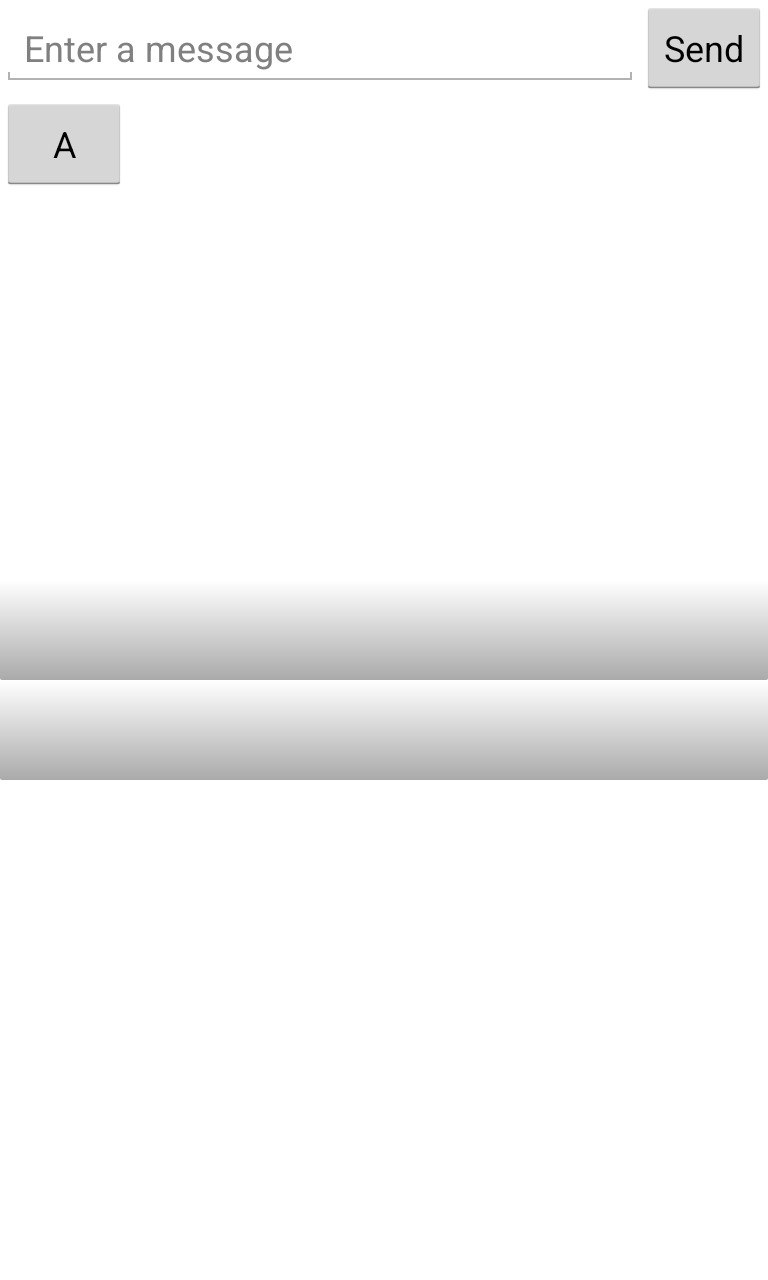
Repository: Jwonsever/AndroidPiano
Layout: HelloWorld/res/layout/activity_main.xml
An editor plug-in stored every save of this project. The layout is shown before and after the next save, followed by the edit.
It is drawn on a 768 x 1280 px phone screen (xhdpi) without system bars, with theme AppTheme; the app's code is not run.

Above is the layout before, as saved 2013-11-08 03:57:39.

After the next save:
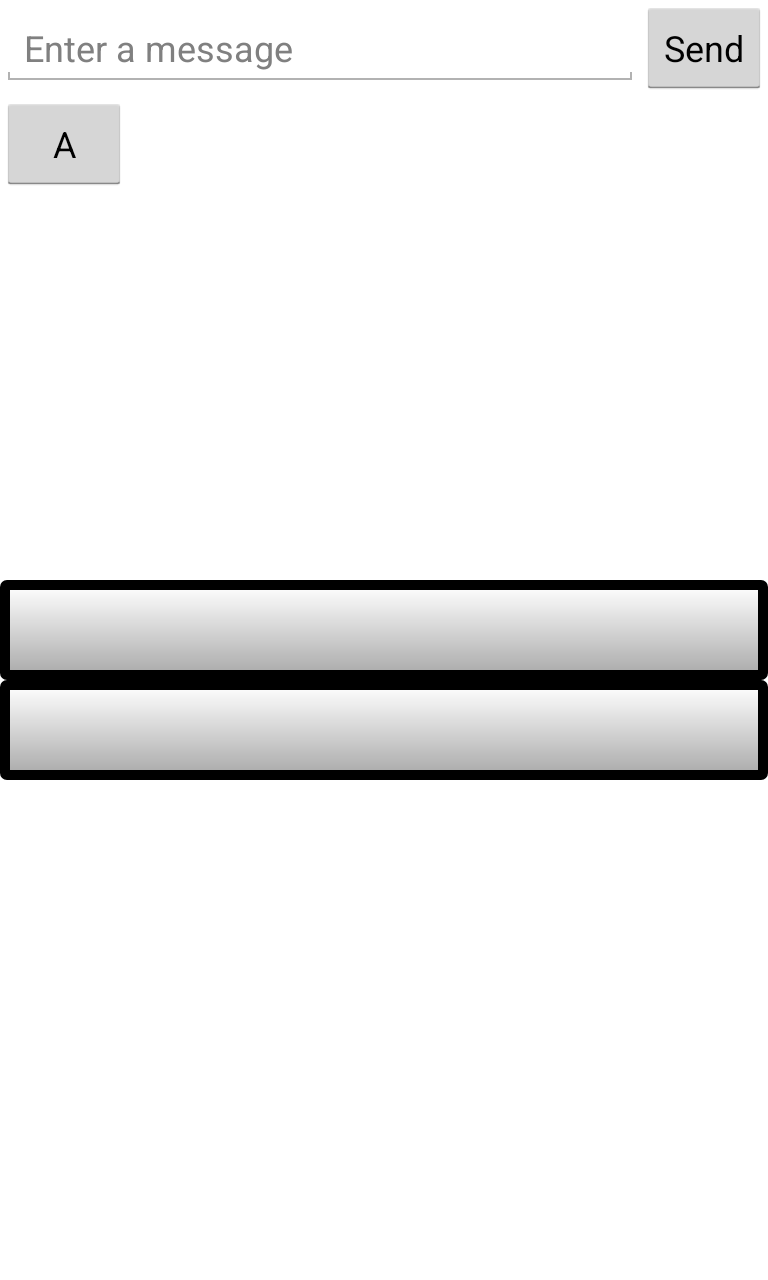
Saved 90 s later.
--- a/HelloWorld/res/drawable/piano_key.xml
+++ b/HelloWorld/res/drawable/piano_key.xml
@@ -11,6 +11,9 @@
         android:bottomRightRadius="1dp"
         android:topLeftRadius="1dp"
         android:topRightRadius="1dp" >
+
     </corners>
-
+  	<stroke
+        android:width="5dip"
+        android:color="@android:color/black" />
 </shape>
